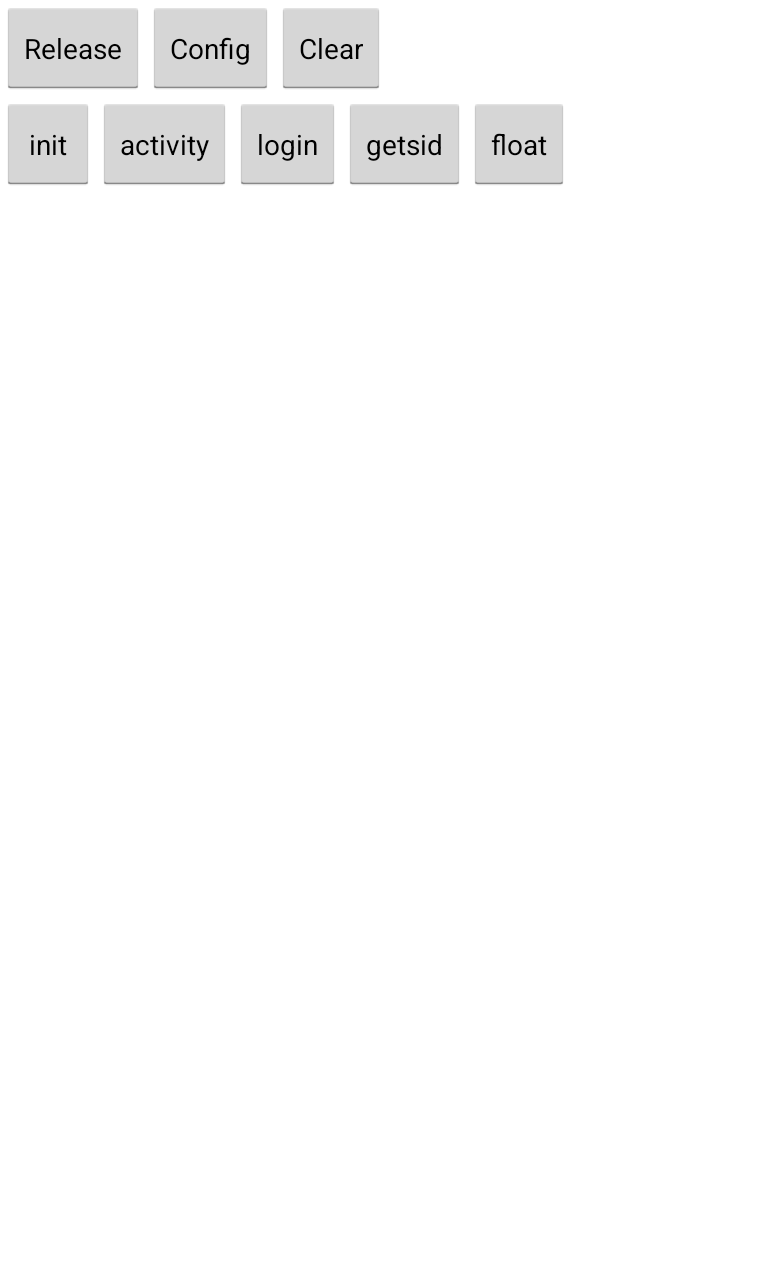
Repository: XClouded/dynamicCall
Layout: UCGameSdk/res/layout/activity_dex_loader.xml
The author's editor kept a copy of each file at every save. The layout is drawn from the files as they stood at one save, then again after the next save.
It is drawn on a 768 x 1280 px phone screen (xhdpi) without system bars, with theme AppTheme; the app's code is not run.

Above is the layout before, as saved 2013-07-19 05:13:26.

### UCGameSdk/res/layout/activity_dex_loader.xml
<LinearLayout xmlns:android="http://schemas.android.com/apk/res/android"
    xmlns:tools="http://schemas.android.com/tools"
    android:layout_width="match_parent"
    android:layout_height="match_parent"
    android:orientation="vertical"
 >
    <LinearLayout
        android:layout_width="match_parent"
        android:layout_height="wrap_content"
        android:orientation="horizontal" >

        <Button
            android:id="@+id/btn_release"
            style="?android:attr/buttonStyleSmall"
            android:layout_width="wrap_content"
            android:layout_height="wrap_content"
            android:text="Release" />

        <Button
            android:id="@+id/button1"
            style="?android:attr/buttonStyleSmall"
            android:layout_width="wrap_content"
            android:layout_height="wrap_content"
            android:text="Config" />

        <Button
            android:id="@+id/btn_clear"
            style="?android:attr/buttonStyleSmall"
            android:layout_width="wrap_content"
            android:layout_height="wrap_content"
            android:text="Clear" />

    </LinearLayout>

    <LinearLayout
        android:layout_width="match_parent"
        android:layout_height="wrap_content" >

        <Button
            android:id="@+id/btn_init"
            style="?android:attr/buttonStyleSmall"
            android:layout_width="wrap_content"
            android:layout_height="wrap_content"
            android:text="init" />

        <Button
            android:id="@+id/btn_activity"
            style="?android:attr/buttonStyleSmall"
            android:layout_width="wrap_content"
            android:layout_height="wrap_content"
            android:text="activity" />

        <Button
            android:id="@+id/btn_login"
            style="?android:attr/buttonStyleSmall"
            android:layout_width="wrap_content"
            android:layout_height="wrap_content"
            android:text="login" />

        <Button
            android:id="@+id/btn_getsid"
            style="?android:attr/buttonStyleSmall"
            android:layout_width="wrap_content"
            android:layout_height="wrap_content"
            android:text="getsid" />

        <Button
            android:id="@+id/btn_float"
            style="?android:attr/buttonStyleSmall"
            android:layout_width="wrap_content"
            android:layout_height="wrap_content"
            android:text="float" />

    </LinearLayout>

    <ScrollView
        android:id="@+id/scrollView"
        android:layout_width="match_parent"
        android:layout_height="match_parent" >

        <TextView
            android:id="@+id/textView3"
            android:layout_width="match_parent"
            android:layout_height="match_parent"
            android:text="" />

    </ScrollView>

    <LinearLayout
        android:layout_width="match_parent"
        android:layout_height="wrap_content" >

    </LinearLayout>

</LinearLayout>

Loaded but not shown: UCGameSdk/res/values/styles.xml (common file); UCGameSdk/res/values-v11/styles.xml (common file); UCGameSdk/res/values-v14/styles.xml (common file)

After the next save:
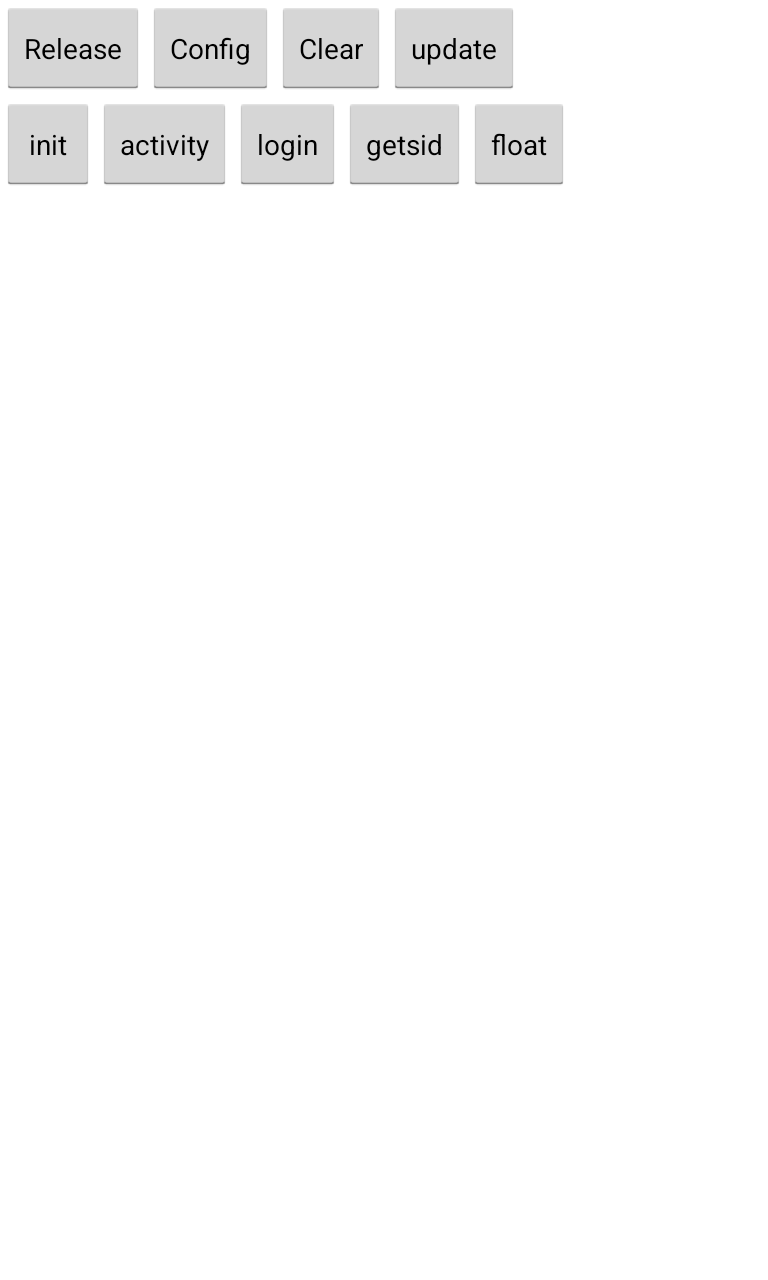
Saved 47 s later.
--- a/UCGameSdk/res/layout/activity_dex_loader.xml
+++ b/UCGameSdk/res/layout/activity_dex_loader.xml
@@ -29,6 +29,13 @@
             android:layout_width="wrap_content"
             android:layout_height="wrap_content"
             android:text="Clear" />
+
+        <Button
+            android:id="@+id/btn_update"
+            style="?android:attr/buttonStyleSmall"
+            android:layout_width="wrap_content"
+            android:layout_height="wrap_content"
+            android:text="update" />
 
     </LinearLayout>
 
